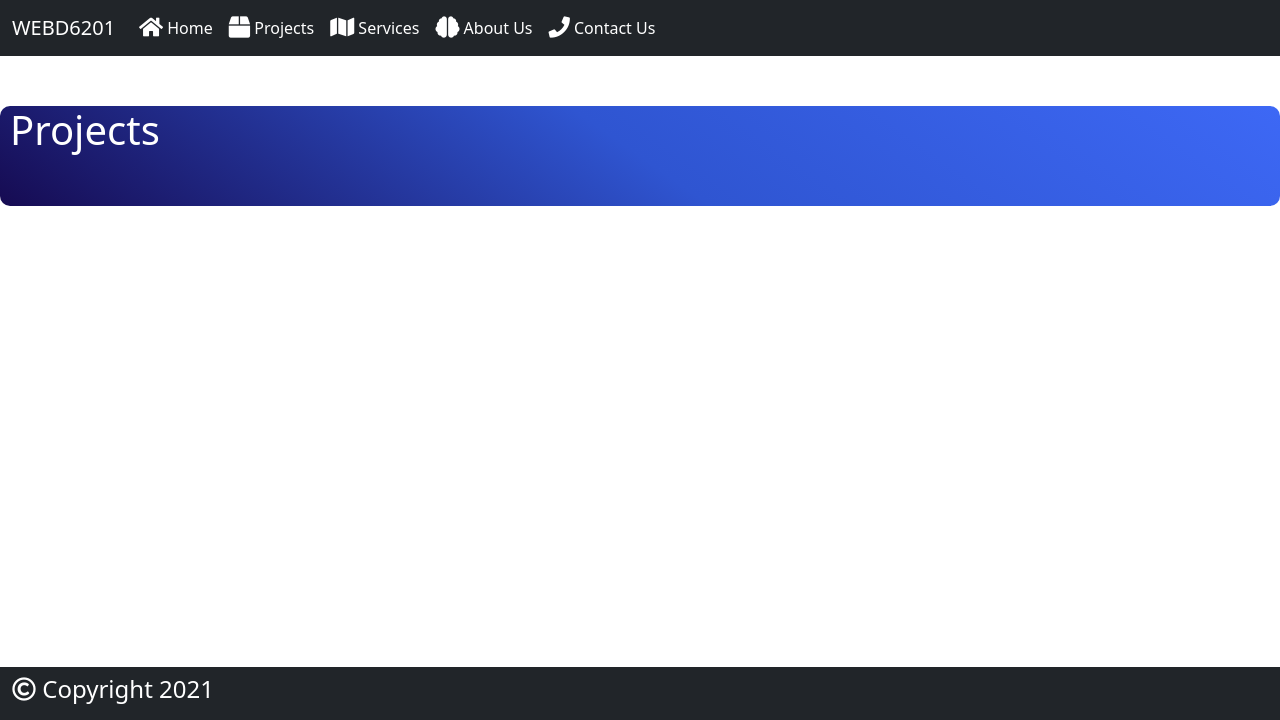
Repository: AshokSasi/WEBD6201-ASasi-JYuan-Lab2
Page: projects.html
An editor plug-in stored every save of this project. The page is shown before and after the next save, followed by the edit.
The browser window is 1280 px wide. The pictures show the whole page.

Above is the page before, as saved 2021-01-28 21:08:02.

After the next save:
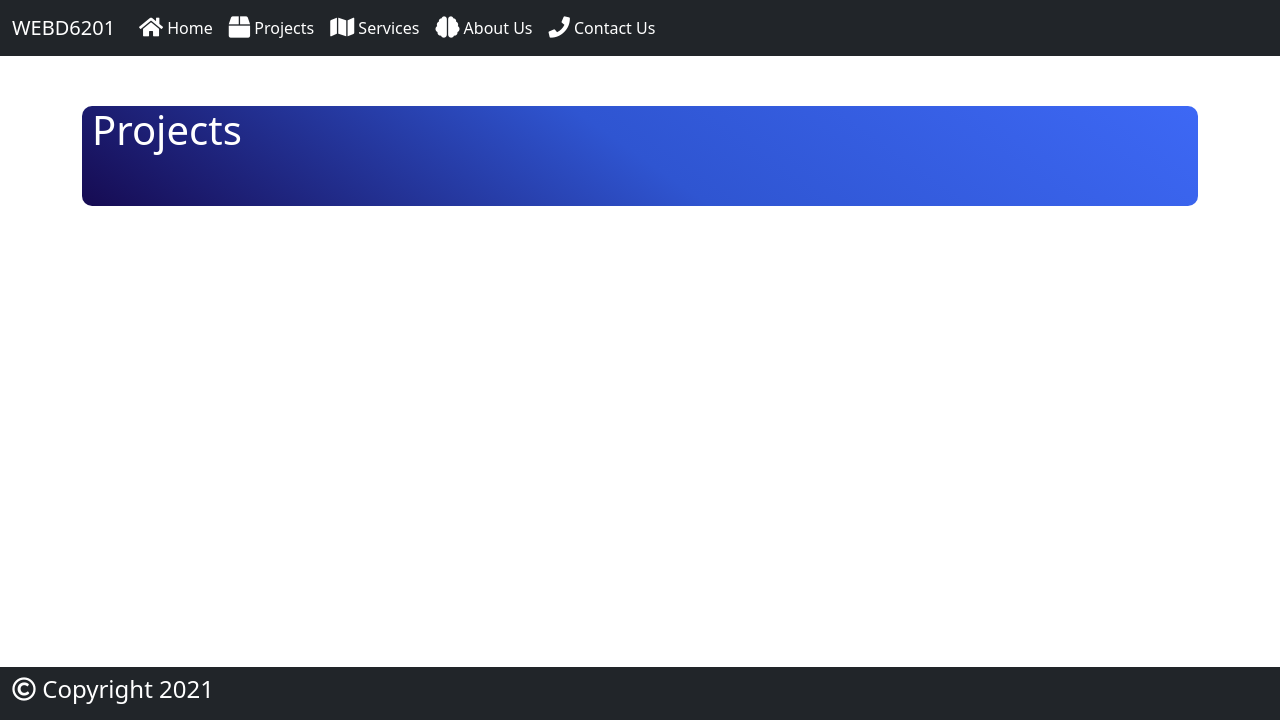
Saved 39 s later.
--- a/projects.html
+++ b/projects.html
@@ -44,7 +44,7 @@
   </header>
 
     <!-- Main Content-->
-    <main >
+    <main class="container">
         <h1 class="gradientBg">Projects</h1>
 
 
